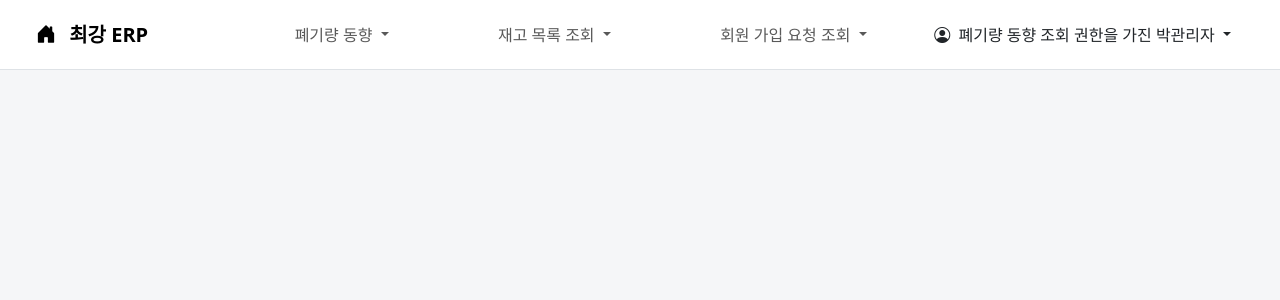
Repository: nojong99/kosta
Page: 32_MVCModel2/src/main/webapp/adminHeader.html
The author's editor kept a copy of each file at every save. The page is drawn from the files as they stood at one save, then again after the next save.
The browser window is 1280 px wide. The pictures show the whole page.

Above is the page before, as saved 2026-09-23 05:21:28.

After the next save:
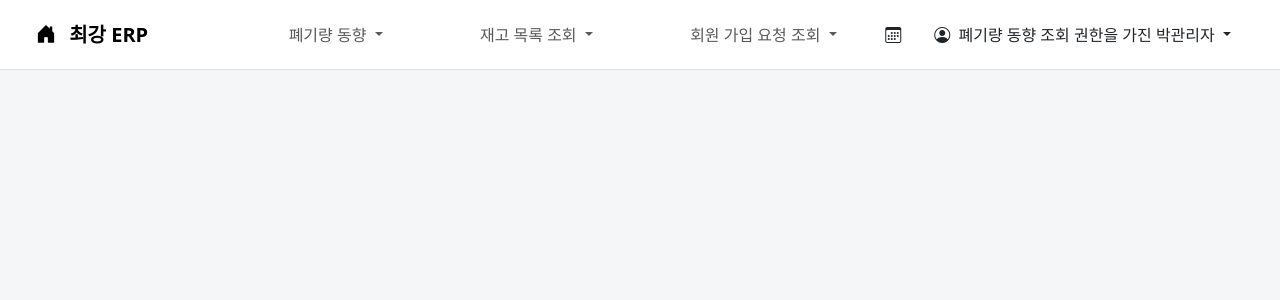
Saved 100 s later.
--- a/32_MVCModel2/src/main/webapp/adminHeader.html
+++ b/32_MVCModel2/src/main/webapp/adminHeader.html
@@ -55,7 +55,9 @@
 
 
 				</ul>
-
+				<div class="current-date me-3">
+					<i class="bi bi-calendar3 me-1"></i> <span id="currentDate"></span>
+				</div>
 				<div class="dropdown">
 
 					<button class="btn dropdown-toggle" data-bs-toggle="dropdown">
